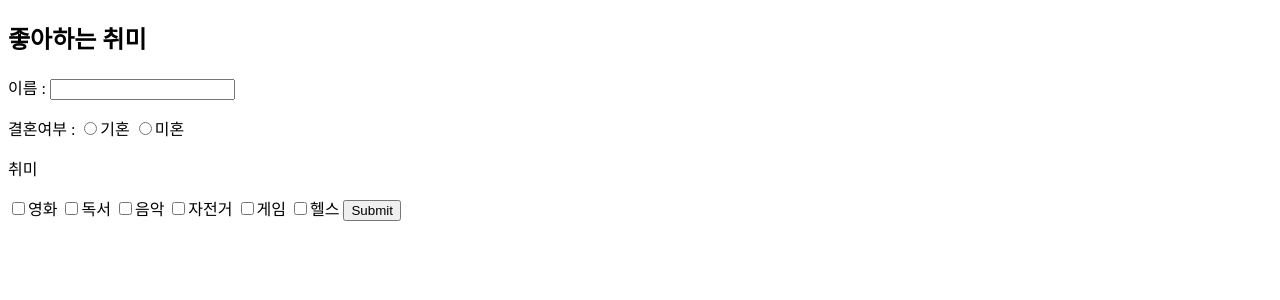
Repository: jdy0120/JSP
Page: http://localhost/basic/multi_args.jsp
The author's editor kept a copy of each file at every save. The page is drawn from the files as they stood at one save, then again after the next save.
The browser window is 1280 px wide. The pictures show the whole page.
The page is served by Tomcat 9. Other server files are loaded and not shown.

Above is the page before, as saved 2020-11-24 07:54:11.

### work/basic/WebContent/multi_args.jsp
<%@ page language="java" contentType="text/html; charset=UTF-8"
    pageEncoding="UTF-8"%>
<!DOCTYPE html PUBLIC "-//W3C//DTD HTML 4.01 Transitional//EN" "http://www.w3.org/TR/html4/loose.dtd">
<html>
<head>
<meta http-equiv="Content-Type" content="text/html; charset=UTF-8">
<title>Insert title here</title>
</head>
<body>
<h2>좋아하는 취미</h2>
<form action="multi" method="post">
	<p>이름 : <input type="text" name="name"></p>
	<p>결혼여부 : <input type="radio" name="marry">기혼
	<input type="radio" name="marry">미혼</p>
	<p>취미</p>
	<input type="checkbox" name="hobby">영화
	<input type="checkbox" name="hobby">독서
	<input type="checkbox" name="hobby">음악
	<input type="checkbox" name="hobby">자전거
	<input type="checkbox" name="hobby">게임
	<input type="checkbox" name`="hobby">헬스
	<input type="submit">
</form>
</body>
</html>

After the next save:
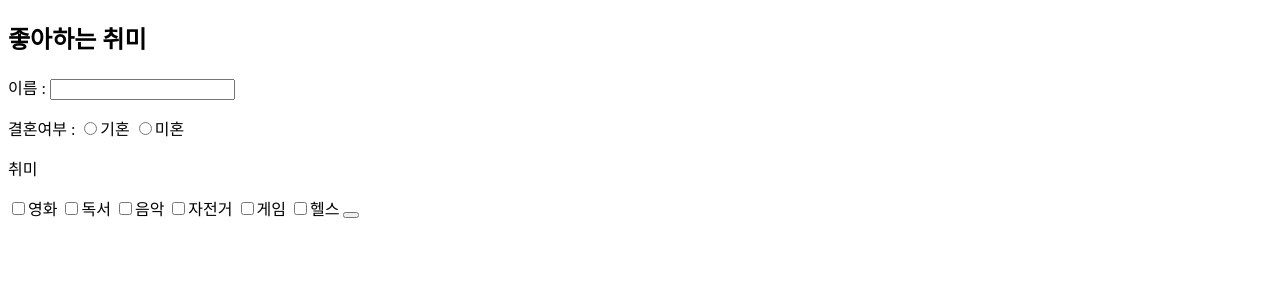
Saved 52 s later.
--- a/work/basic/WebContent/multi_args.jsp
+++ b/work/basic/WebContent/multi_args.jsp
@@ -19,7 +19,7 @@
 	<input type="checkbox" name="hobby">자전거
 	<input type="checkbox" name="hobby">게임
 	<input type="checkbox" name`="hobby">헬스
-	<input type="submit">
+	<button type="submit" value="전송">
 </form>
 </body>
 </html>
